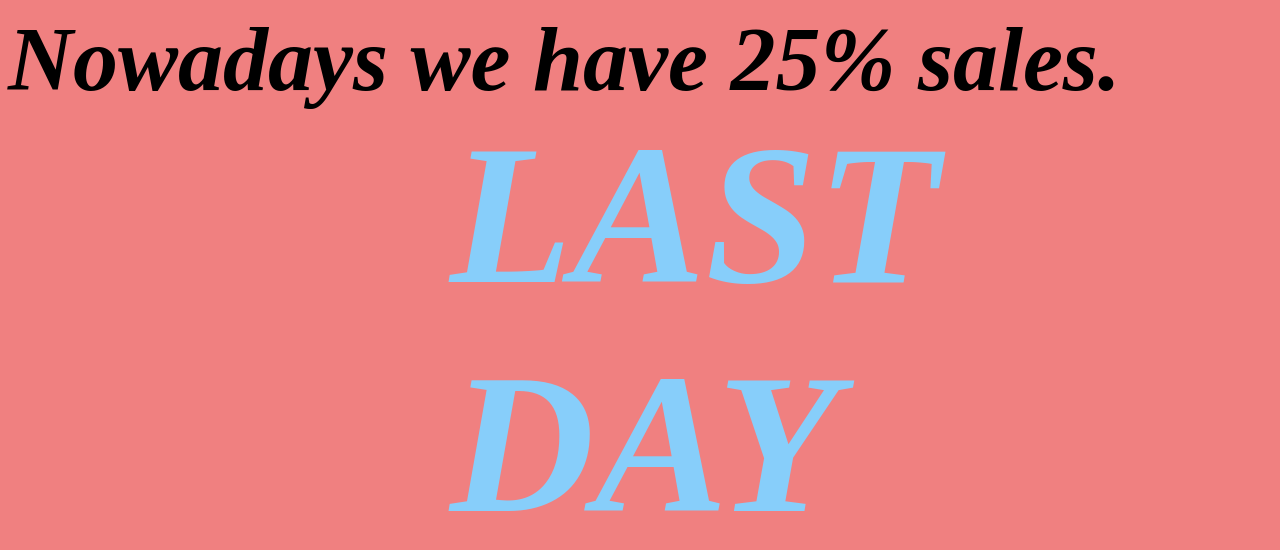
Repository: KHANas02/JS_first-lesson
Page: sale.html
These files come from the project's save history. The page is drawn as it stood at one moment and after a run of saves; the edit follows.
The browser window is 1280 px wide. The pictures show the whole page.

Above is the page before, as saved 2024-03-23 09:52:02.

### sale.html
<!DOCTYPE html>
<html lang="en">
  <head>
    <meta charset="UTF-8" />
    <meta name="viewport" content="width=device-width, initial-scale=1.0" />
    <title>Sales</title>
    <style>
      body {
        background-color: lightcoral;
      }
      .sal {
        font-weight: 900;
        font-size: 90px;
      }
      .sal2 {
        position: absolute;
        left: 450px;
        top: 100px;

        font-weight: 900;
        font-size: 200px;
        color: lightskyblue;
      }
    </style>
  </head>
  <body>
    <div class="sales">
      <cite class="sal">Nowadays we have 25% sales.</cite>
    </div>
    <div class="sale">
      <cite class="sal2"
        >LAST <br />
        DAY</cite
      >
    </div>
  </body>
</html>

After the next 3 saves:
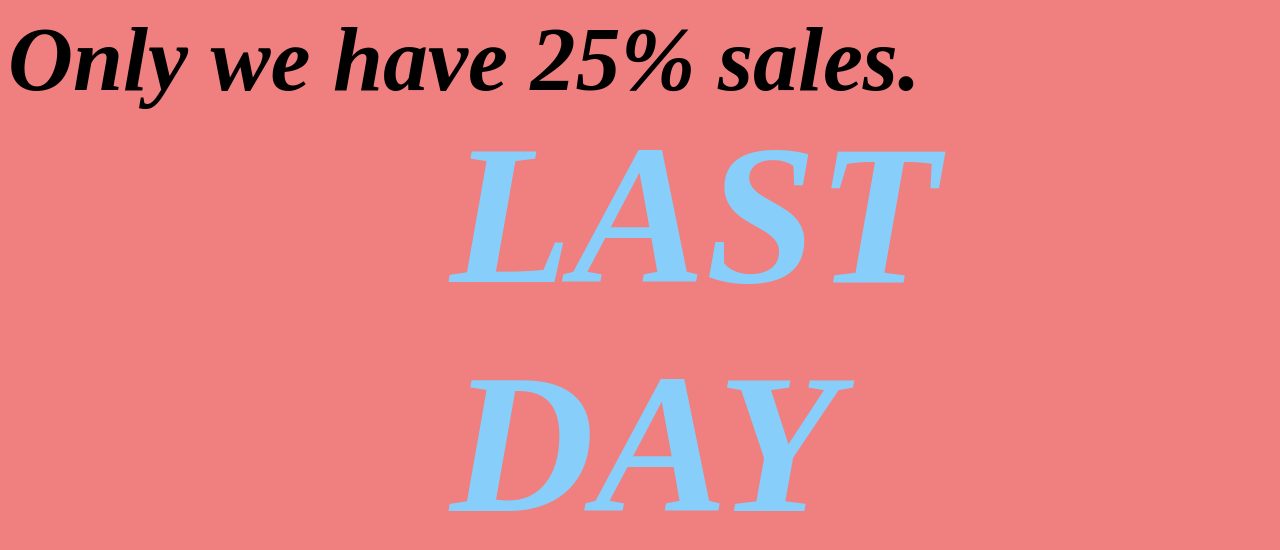
The 3 saves are shown as one change because they came seconds apart.
The last was saved 22 s later.
--- a/sale.html
+++ b/sale.html
@@ -25,7 +25,7 @@
   </head>
   <body>
     <div class="sales">
-      <cite class="sal">Nowadays we have 25% sales.</cite>
+      <cite class="sal">Only  we have 25% sales.</cite>
     </div>
     <div class="sale">
       <cite class="sal2"
